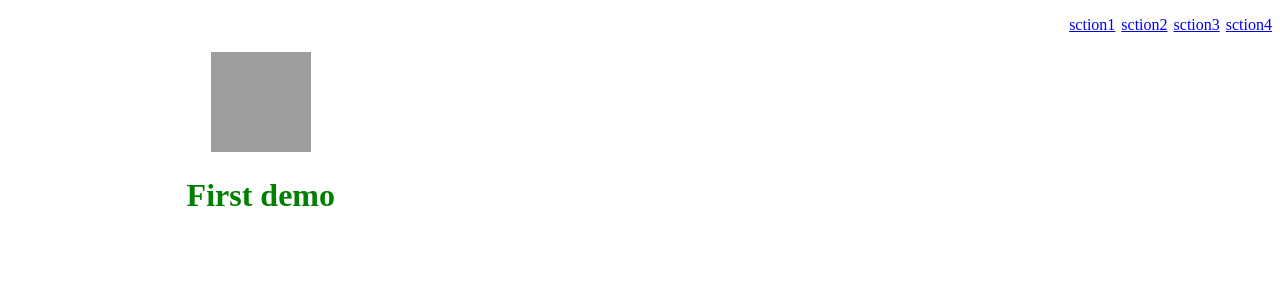
Repository: abhayBarthwal/tt2
Page: index.html
The author's editor kept a record of every edit. The page is drawn from the files as they stood at one moment, then again after the next edit.
The browser window is 1280 px wide. The pictures show the whole page.
Pictures or frames that could not be fetched are drawn as grey boxes.

Above is the page before.

After the next edit:
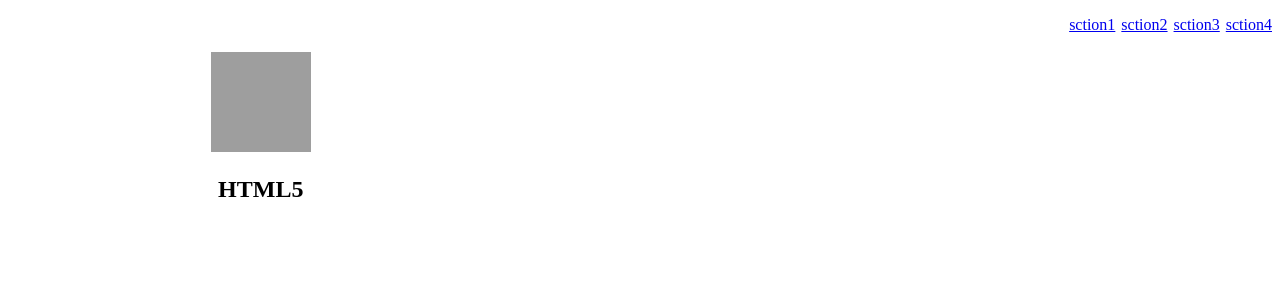
The edit:
--- a/index.html
+++ b/index.html
@@ -17,7 +17,7 @@
             <a href="https://en.wikipedia.org/wiki/HTML5">
                 <img src="https://encrypted-tbn0.gstatic.com/images?q=tbn:ANd9GcRovJY37pnn0JM82N-5gRXHk8wg_As2PBF7L9Kx4dxt2czWsNxv" />
             </a>
-           <h1> First demo </h1>
+           <h2> HTML5 </h2>
         </div>
     </body>
 </html>
